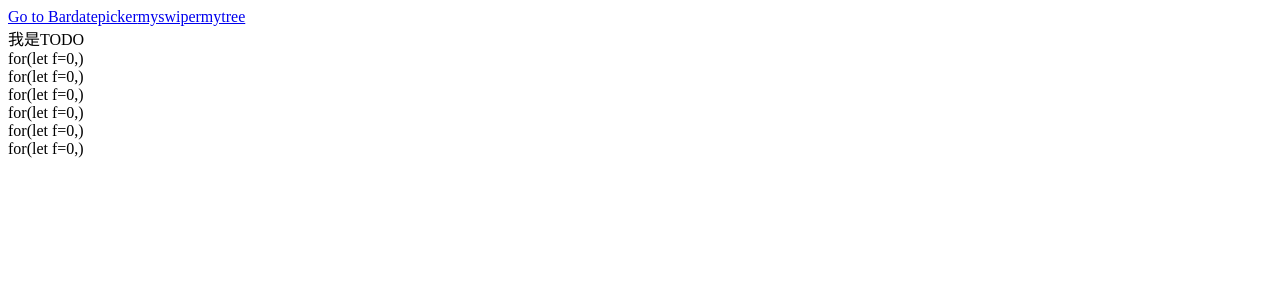
Repository: gu12/vue-hello
Page: /#/todo
The author's editor kept a copy of each file at every save. The page is drawn from the files as they stood at one save, then again after the next save.
The browser window is 1280 px wide. The pictures show the whole page.
The project was rebuilt for these pictures with package versions that can differ from the ones it lists, and the page was loaded fresh each time. Also part of the build but not shown: src/views/Home.vue.

Above is the page before, as saved 2020-04-30 16:58:13.

### src/App.vue
<template>
  <div>
    <router-link to="/todo">Go to Bar</router-link>
    <router-link to="/datepicker">datepicker</router-link>
    <router-link to="/myswiper">myswiper</router-link>
    <router-link to="/mytree">mytree</router-link>

      <router-view></router-view>

  </div>
</template>
<script>

  export default {
    components:{
    },
    data () {
      return {

      }
    },

  }
</script>

### src/views/Todo/index.vue
<template>
    <div>
我是TODO

        <div v-for="i in 6" :key="i">
            for(let f=0,)
            <span v-for="j in i" :key="j"></span>


        </div>
    </div>
</template>


<script>
    export default {}
</script>

Loaded but not shown: public/index.html (common file); src/main.js (common file); src/router/index.js (common file); src/store/index.js (common file)

After the next save:
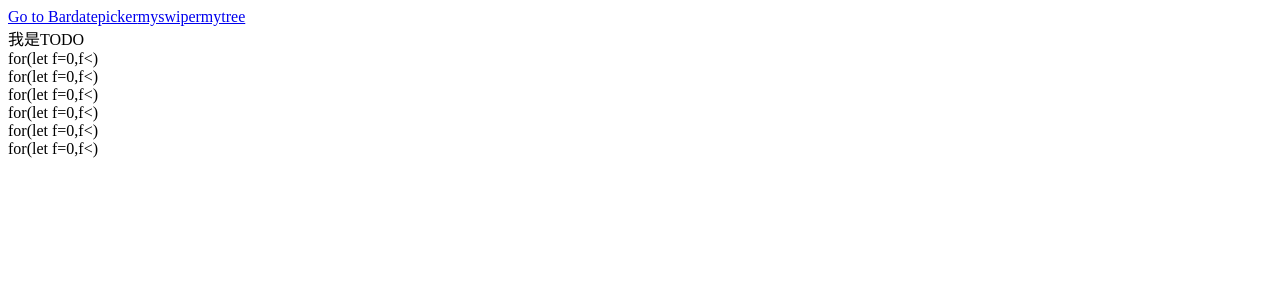
Saved 6 s later.
--- a/src/views/Todo/index.vue
+++ b/src/views/Todo/index.vue
@@ -3,7 +3,7 @@
 我是TODO
 
         <div v-for="i in 6" :key="i">
-            for(let f=0,)
+            for(let f=0,f<)
             <span v-for="j in i" :key="j"></span>
 
 
